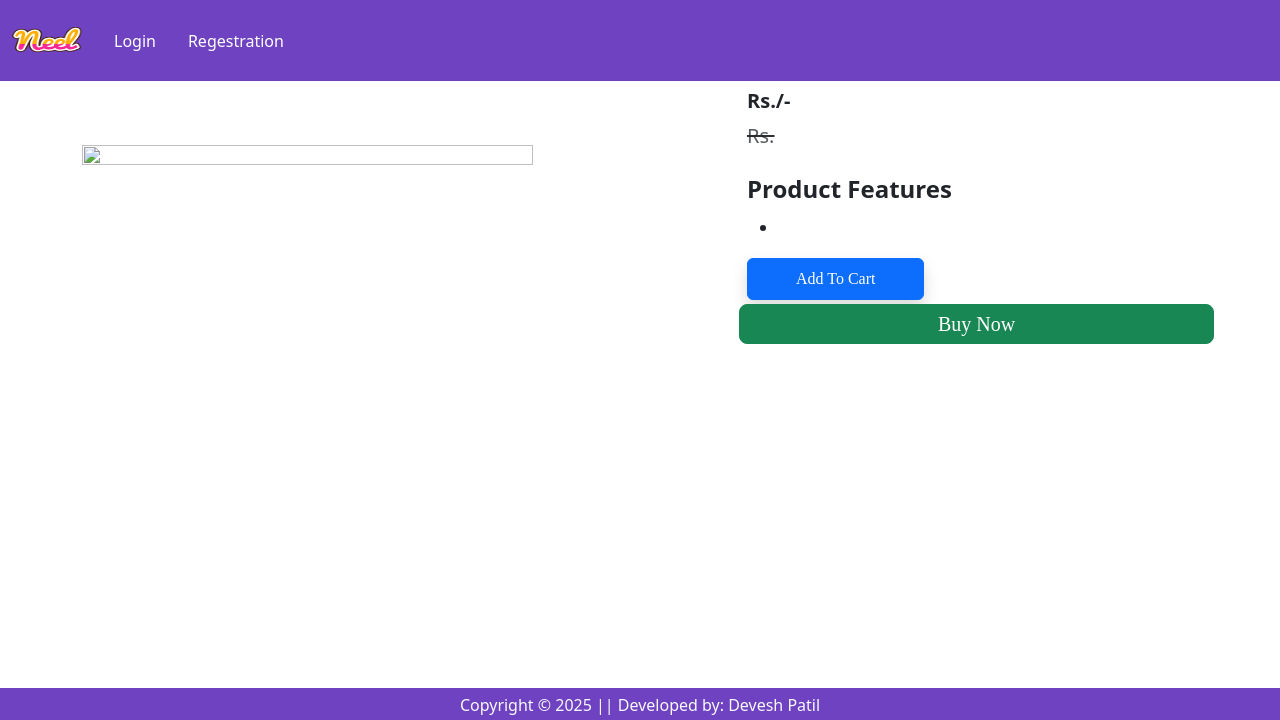
Repository: DeveshPatill/mydjango
Page: ec/app/templates/app/productdetail.html
The author's editor kept a copy of each file at every save. The page is drawn from the files as they stood at one save, then again after the next save.
The browser window is 1280 px wide. The pictures show the whole page.
The page is served by the project's application, run on Django 5.2 (ec/manage.py). The template is opened directly, without the code that normally fills it, so the values that code supplies are empty.

Above is the page before, as saved 2025-03-25 04:16:42.

After the next save:
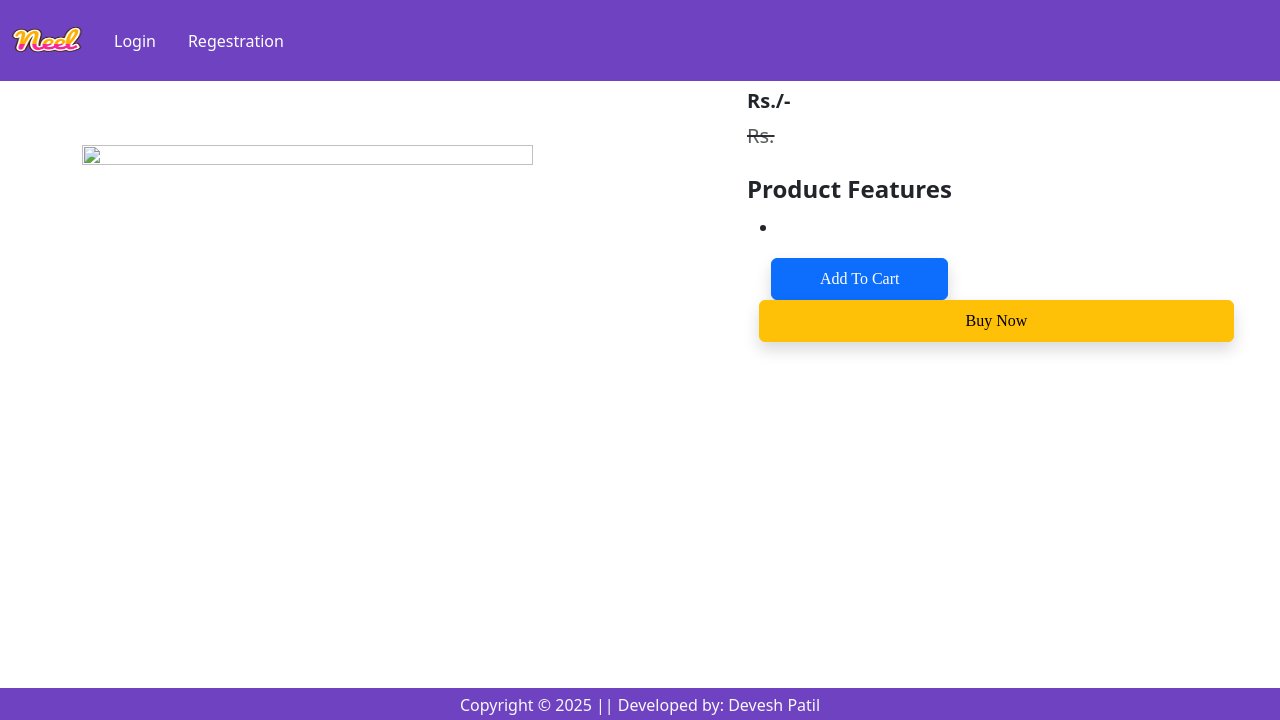
Saved 2 min 36 s later.
--- a/ec/app/templates/app/productdetail.html
+++ b/ec/app/templates/app/productdetail.html
@@ -29,9 +29,9 @@
             <div class="buttons row flex" style="font-family: Rajdhani;">
                 <form action="/add-to-cart" class="d-inline">
                     <input type="hidden" name="prod_id" value="{{product.id}}"/>
-                    <button type="submit" class="btn btn-primary shadow px-5 py-2">Add To Cart</button>
+                    <button type="submit" class="btn btn-primary shadow px-5 py-2 ms-4">Add To Cart</button>
                 </form>
-                <div class="btn btn-success p-1 m-1 btn-lg"><a href="#" class="text-decoration-none text-white">Buy Now</a></div>
+                <a href="{% url 'showcart' %}" class="btn btn-warning shadow px-5 py-2 ms-4"> Buy Now </a>
                 <br><br>
             </div>
         </div>
